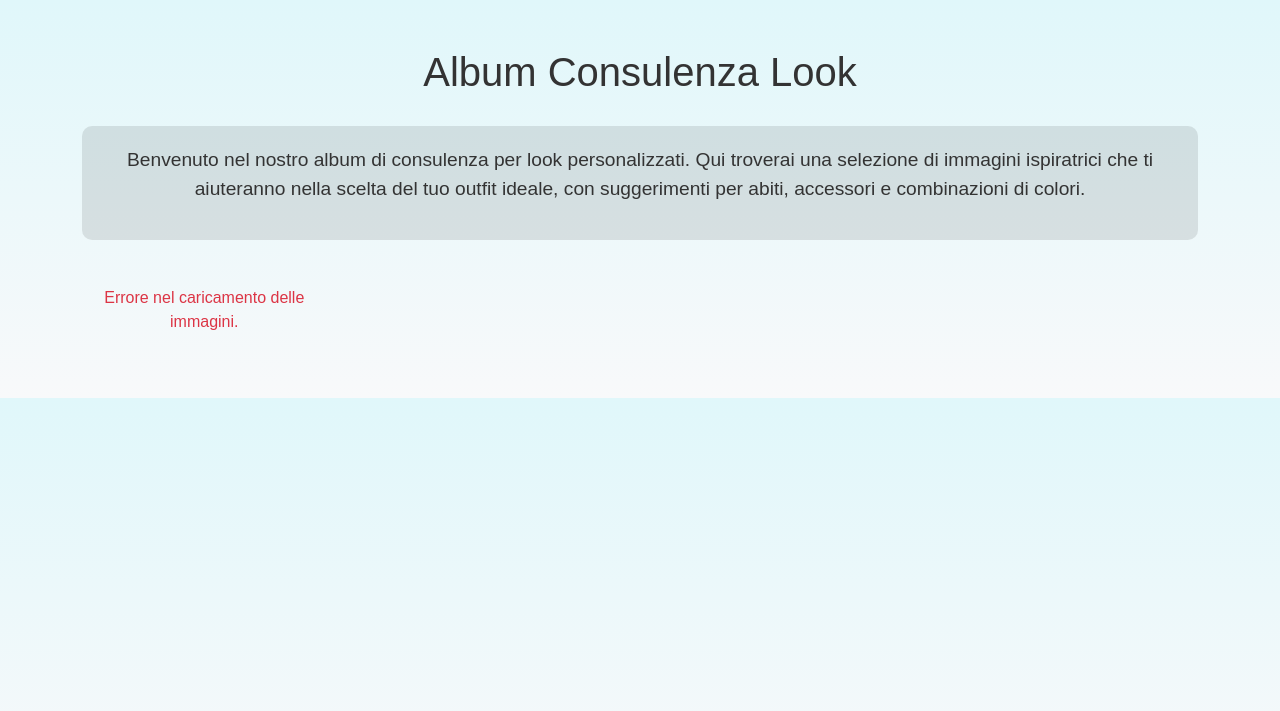
Repository: Probyte5D/Armocromia-website
Page: album.html
An editor plug-in stored every save of this project. The page is shown before and after the next save, followed by the edit.
The browser window is 1280 px wide. The pictures show the whole page.
The page's requests for data from a server got no answer.

Above is the page before, as saved 2025-04-18 21:47:28.

### album.html
<!DOCTYPE html>
<html lang="it">
<head>
  <meta charset="UTF-8">
  <meta name="viewport" content="width=device-width, initial-scale=1.0">
  <title>Album Consulenza Look</title>
  <link href="https://cdn.jsdelivr.net/npm/bootstrap@5.1.0/dist/css/bootstrap.min.css" rel="stylesheet">
  <!-- CSS personalizzato -->
  <link rel="stylesheet" href="album.css" />
</head>
<body>
  <div class="container py-5">
    <!-- Titolo principale dell'album -->
    <h1 class="text-center mb-4">Album Consulenza Look</h1>

    <!-- Descrizione dell'album -->
    <div class="album-description">
      <p>Benvenuto nel nostro album di consulenza per look personalizzati. Qui troverai una selezione di immagini ispiratrici che ti aiuteranno nella scelta del tuo outfit ideale, con suggerimenti per abiti, accessori e combinazioni di colori.</p>
    </div>

    <!-- Contenitore delle immagini -->
    <div id="lookAlbum" class="row g-3">
      <!-- Le immagini verranno caricate dinamicamente qui -->
    </div>
  </div>

  <script src="https://cdn.jsdelivr.net/npm/bootstrap@5.1.0/dist/js/bootstrap.bundle.min.js"></script>
  <script src="album.js"></script>
</body>
</html>

### album.css
/* Impostiamo il background con un gradiente leggero e font di base */
body {
  background: linear-gradient(to bottom, #e0f7fa, #f8f9fa); /* Gradiente blu chiaro a bianco */
  font-family: 'Arial', sans-serif;
  color: #333;
}

/* Layout per il contenitore delle immagini */
#lookAlbum {
  display: grid;
  grid-template-columns: repeat(4, 1fr); /* 4 immagini per riga */
  gap: 30px;  /* Spazio maggiore tra le immagini */
  margin-top: 30px;
}

/* Card immagine, posizione relativa per caption */
.album-item {
  position: relative;
  overflow: hidden;
  border-radius: 10px;
  box-shadow: 0 4px 15px rgba(0, 0, 0, 0.1);
  background-color: white;
  height: 400px;  /* Aumentato l'altezza per immagini più grandi */
  width: 300px;
}

/* Immagini più grandi con altezza automatica per mantenere il rapporto */
.album-item img {
  width: 100%;
  height: 100%;
  object-fit: cover;  /* Assicura che l'immagine riempi il contenitore senza distorsioni */
  object-position: center;  /* Centra l'immagine se è più grande del contenitore */
  transition: transform 0.3s ease-in-out;
}

/* Effetto hover per ingrandire l'immagine */
.album-item:hover img {
  transform: scale(1.1); /* Ingrandisce l'immagine al passaggio del mouse */
}

/* Caption sovrapposta sopra l'immagine */
.album-item .caption {
  position: absolute;
  bottom: 0;
  left: 0;
  right: 0;
  padding: 15px;
  background: rgba(0, 0, 0, 0.5);
  color: white;
  text-align: center;
  font-size: 1.2rem;
  font-weight: bold;
}

/* Sezione di descrizione dell'album */
.album-description {
  text-align: center;
  padding: 20px;
  background-color: rgba(0, 0, 0, 0.1);
  border-radius: 10px;
  margin-top: 30px;
  font-size: 1.2rem;
}

/* Responsività per schermi più piccoli */
@media (max-width: 768px) {
  #lookAlbum {
    grid-template-columns: 1fr 1fr;  /* 2 immagini per riga su schermi medi */
  }
}

@media (max-width: 480px) {
  #lookAlbum {
    grid-template-columns: 1fr;  /* 1 immagine per riga su schermi piccoli */
  }
}

### album.js

    const API_KEY = '1J5XZG6HEjef4TKrOiBtmHWoMJVdLRUIxplL9GJzFHBeI64zgRPny53m';
    const query = 'fashion look';  // Modifica la query per altre immagini

    // Carica le immagini
    fetch(`https://api.pexels.com/v1/search?query=${encodeURIComponent(query)}&per_page=52`, {
      headers: { Authorization: API_KEY }
    })
    .then(r => r.json())
    .then(data => {
      const row = document.getElementById('lookAlbum');
      if (data && data.photos) {
        data.photos.forEach(photo => {
          const col = document.createElement('div');
          col.className = 'col-6 col-md-4';
          col.innerHTML = `
            <img src="${photo.src.medium}" class="img-fluid rounded shadow-sm" alt="${photo.photographer}" title="Ph: ${photo.photographer}">
          `;
          row.appendChild(col);
        });
      } else {
        row.innerHTML = '<p class="text-danger text-center">Nessuna immagine trovata per questa ricerca.</p>';
      }
    })
    .catch(err => {
      console.error(err);
      const row = document.getElementById('lookAlbum');
      row.innerHTML = '<p class="text-danger text-center">Errore nel caricamento delle immagini.</p>';
    });

After the next save:
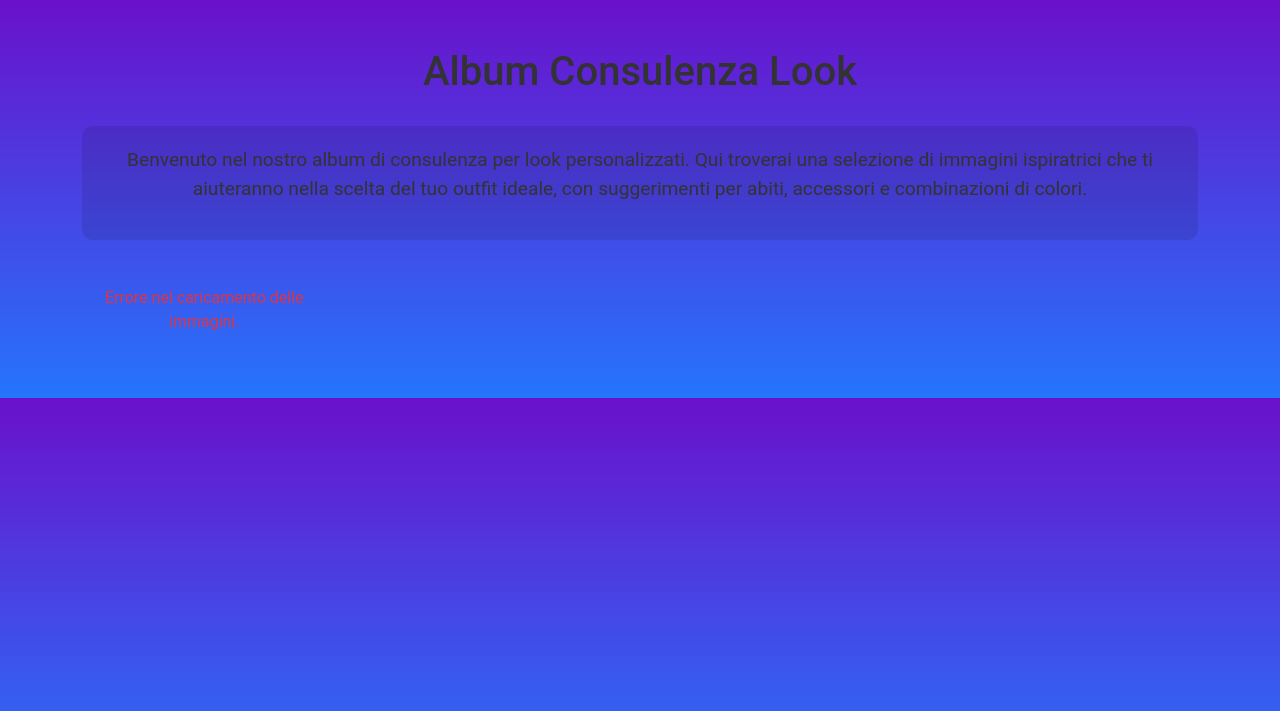
Saved 56 s later.
--- a/album.css
+++ b/album.css
@@ -1,7 +1,8 @@
 /* Impostiamo il background con un gradiente leggero e font di base */
 body {
-  background: linear-gradient(to bottom, #e0f7fa, #f8f9fa); /* Gradiente blu chiaro a bianco */
-  font-family: 'Arial', sans-serif;
+  background: linear-gradient(to bottom, #6a11cb, #2575fc); /* Gradiente viola/blu elegante */
+  font-family: 'Roboto', sans-serif;  /* Font moderno */
+
   color: #333;
 }
 
